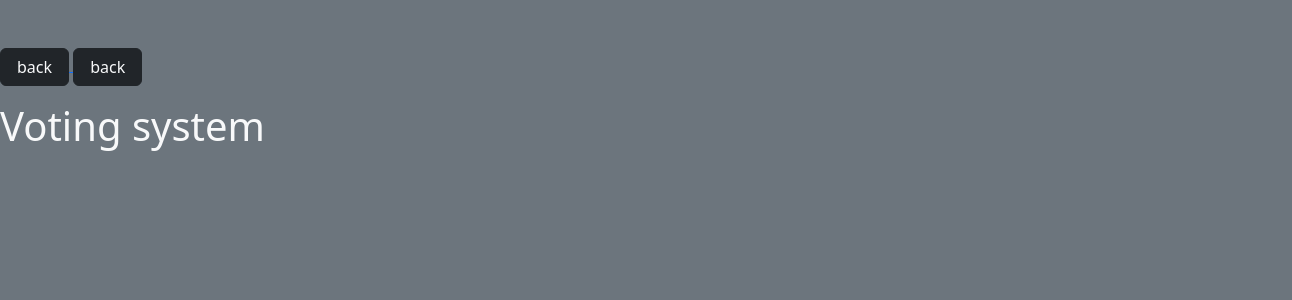
Repository: AvinashLikesToLearnNewStuff/VotingSite
Page: http://localhost/partials/dashboard.php
These files come from the project's save history. The page is drawn as it stood at one moment and after the next save; the edit follows.
The browser window is 1280 px wide. The page is 1280 px wide, then 1292 px, so the pictures cover 1292 px, including what lies to the right of the window. The pictures show the whole page.
The page is run by PHP 8.4 with error messages shown; the project is at /var/www/html/. The session is filled in as if someone had signed in: {"groups": 1, "id": 1, "status": 1, "data": {"id": 1, "_id": "000000000000000000000001", "name": "Test User", "username": "testuser", "email": "test@example.com", "role": "admin"}}. Other server files are loaded and not shown.

Above is the page before, as saved 2023-03-10 19:42:10.

### partials/dashboard.php
<!DOCTYPE html>
<html lang="en">
<head>
    <meta charset="UTF-8">
    <meta http-equiv="X-UA-Compatible" content="IE=edge">
    <meta name="viewport" content="width=device-width, initial-scale=1.0">
    <title>Voting System dashboard</title>
        <!-- bootstrap css link -->
     <link href="https://cdn.jsdelivr.net/npm/bootstrap@5.2.3/dist/css/bootstrap.min.css" rel="stylesheet" integrity="sha384-rbsA2VBKQhggwzxH7pPCaAqO46MgnOM80zW1RWuH61DGLwZJEdK2Kadq2F9CUG65" crossorigin="anonymous">


</head>
<body class="bg-secondary text-light">
    <div class="contianer my-5">

    <a href="../">
        <button class="btn btn-dark text-light px-3">back</button>
    </a>
    <a href="logout.php">

        <button class="btn btn-dark text-light px-3">back</button>
    </a>
<h1 class = "my-3">Voting system</h1>
<div class="row my-5">
    <div class="col-md-7">
        <!-- groups -->
        <div class="row">
            <div class="col-mod-4">

            </div>
            <div class="col-mod-8">

            </div>
        </div>
    </div>
    <div class="col-md-5">
        <!-- user -->
    </div>
</div>
    </div>
</body>
</html>

After the next save:
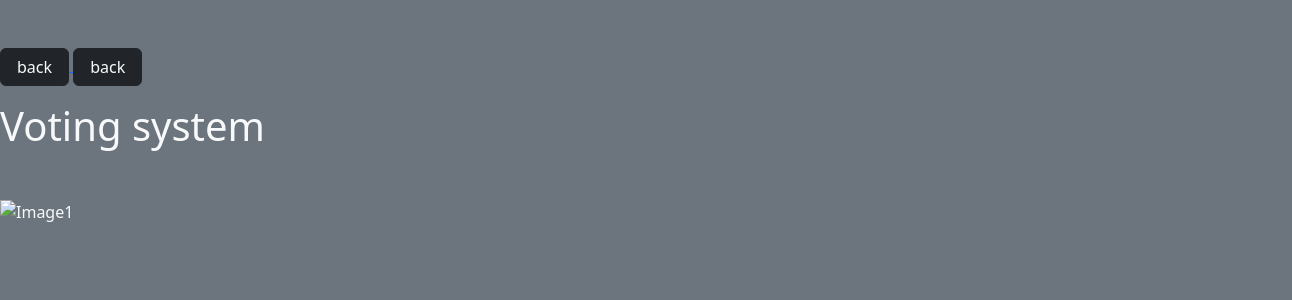
Saved 38 s later.
--- a/partials/dashboard.php
+++ b/partials/dashboard.php
@@ -26,7 +26,7 @@
         <!-- groups -->
         <div class="row">
             <div class="col-mod-4">
-
+<img src="" alt="Image1">
             </div>
             <div class="col-mod-8">
 
